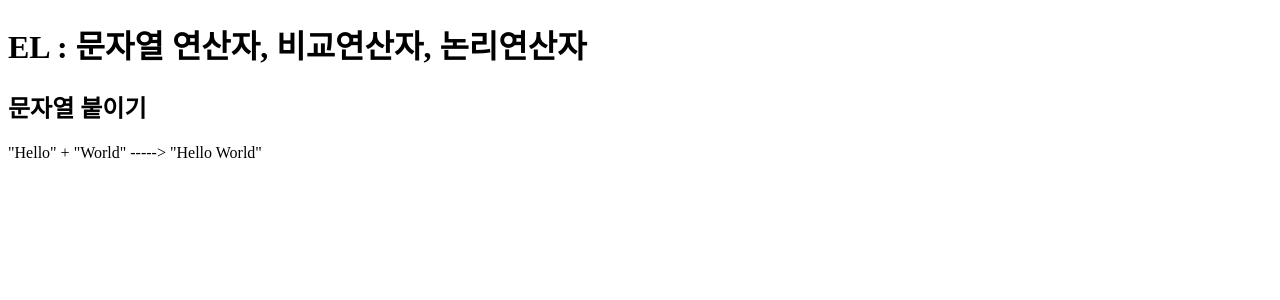
Repository: SeYoung1012/Bitcamp
Page: http://localhost/07_EL_JSTL/EL02_operator.jsp
The author's editor kept a copy of each file at every save. The page is drawn from the files as they stood at one save, then again after the next save.
The browser window is 1280 px wide. The pictures show the whole page.
The page is served by Tomcat 9.

Above is the page before, as saved 2021-09-29 06:48:23.

After the next save:
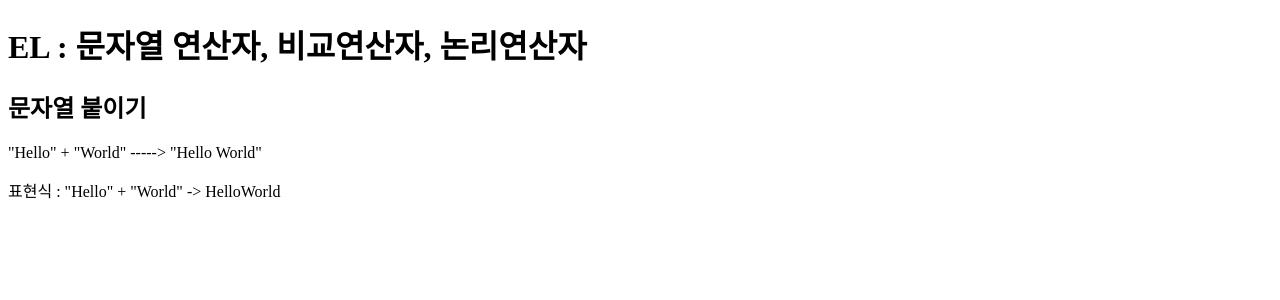
Saved 40 s later.
--- a/60_web/07_EL_JSTL/WebContent/EL02_operator.jsp
+++ b/60_web/07_EL_JSTL/WebContent/EL02_operator.jsp
@@ -10,7 +10,7 @@
 	<h1> EL : 문자열 연산자, 비교연산자, 논리연산자</h1>
 	<h2> 문자열 붙이기</h2>
 	<p> "Hello" + "World" -----> "Hello World"</p>
-
+	<p> 표현식 : "Hello" + "World" -> <%="Hello" + "World" %></p>
 
 
 
